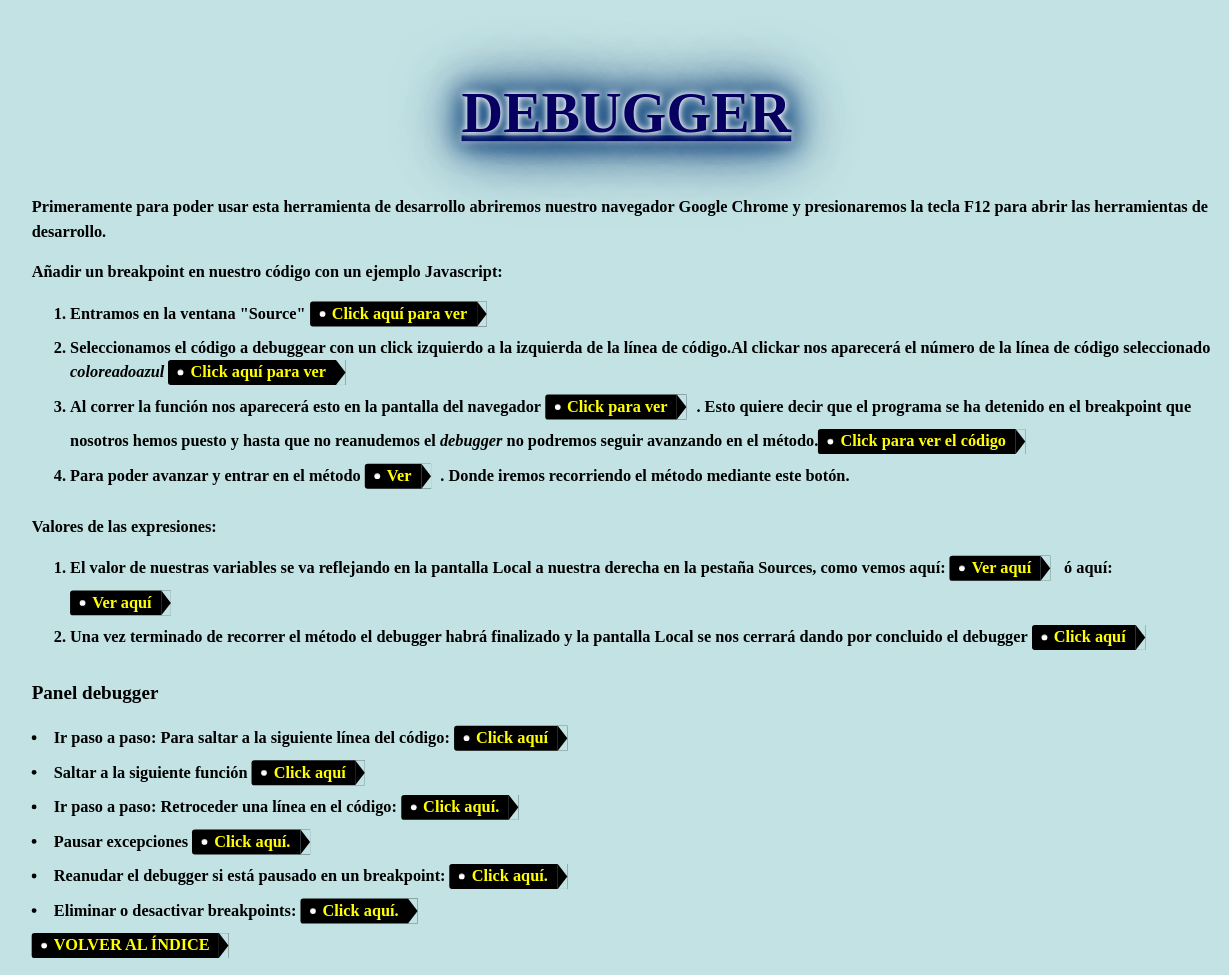
Repository: VictorinoBF97/HerramientasDesarollo
Page: debugger.html
An editor plug-in stored every save of this project. The page is shown before and after a run of saves, followed by the edit.
The browser window is 1280 px wide. The pictures show the whole page, at 96% of full size.

Above is the page before, as saved 2018-11-27 07:38:55.
Not found: main.js

After the next 3 saves:
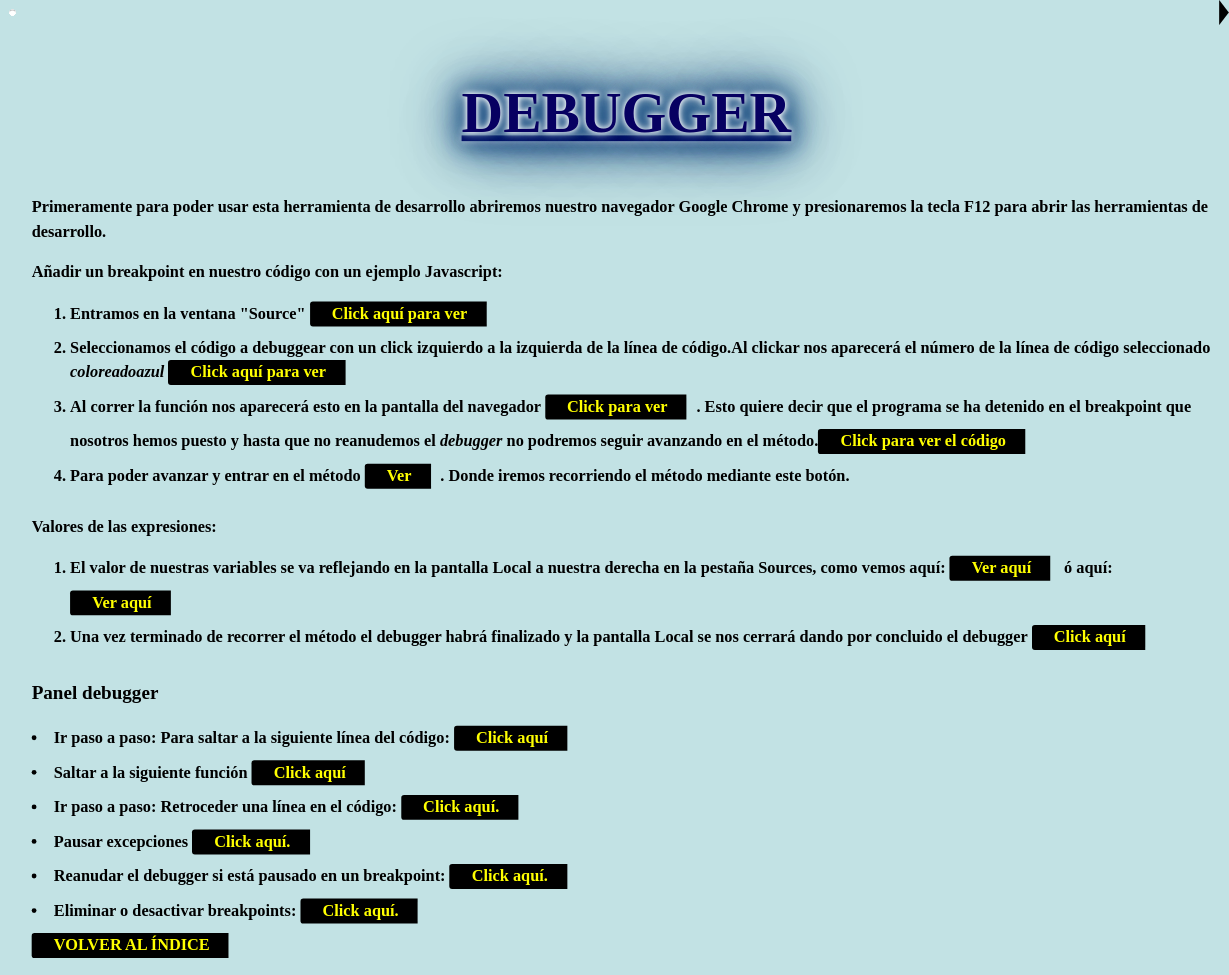
The 3 saves are shown as one change because they came seconds apart.
The last was saved 108 s later.
--- a/css/styles.css
+++ b/css/styles.css
@@ -36,7 +36,7 @@
   height: 26px;
   line-height: 26px;
   padding: 0 20px 0 23px;
-  position: relative;
+  position:;
   margin: 0 10px 10px 0;
   text-decoration: none;
   -webkit-transition: color 0.2s;

After the 3 saves that followed:
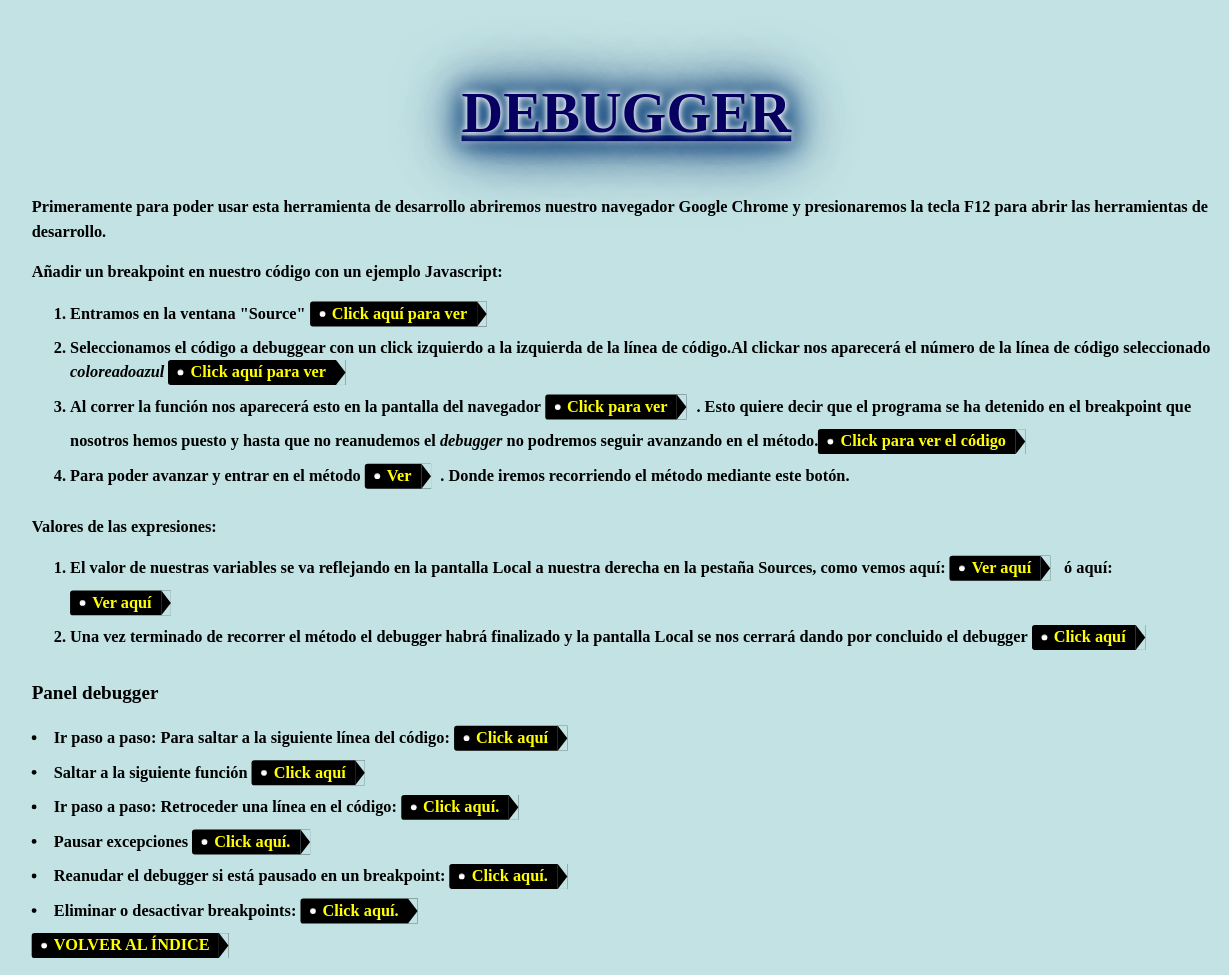
The 3 saves are shown as one change because 1 left the picture as it was and some came seconds apart.
The last was saved 32 s later.
--- a/css/styles.css
+++ b/css/styles.css
@@ -36,7 +36,7 @@
   height: 26px;
   line-height: 26px;
   padding: 0 20px 0 23px;
-  position:;
+  position: relative;
   margin: 0 10px 10px 0;
   text-decoration: none;
   -webkit-transition: color 0.2s;
